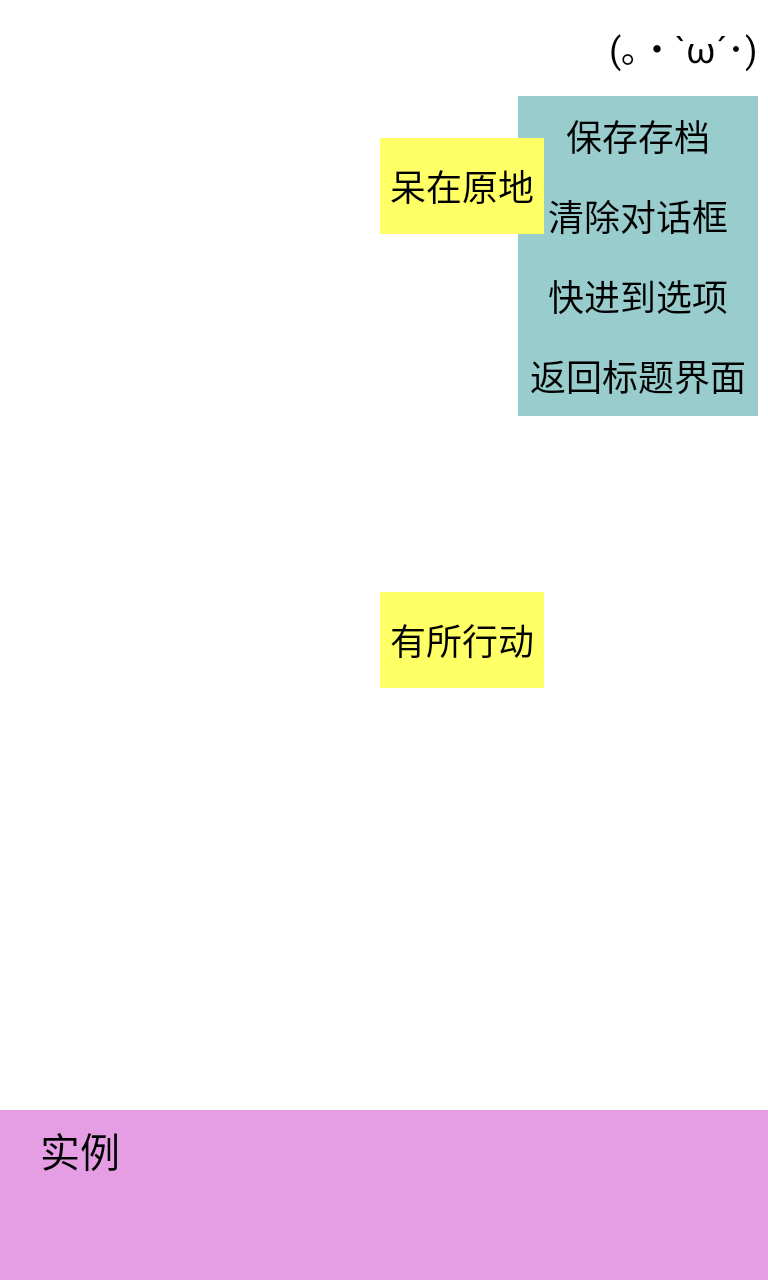
Repository: GuardLDW/HERO
Layout: GuardLDW/res/layout/game.xml
An editor plug-in stored every save of this project. The layout is shown before and after the next save, followed by the edit.
It is drawn on a 768 x 1280 px phone screen (xhdpi) without system bars, with theme AppTheme; the app's code is not run.

Above is the layout before, as saved 2016-12-07 11:18:08.

After the next save:
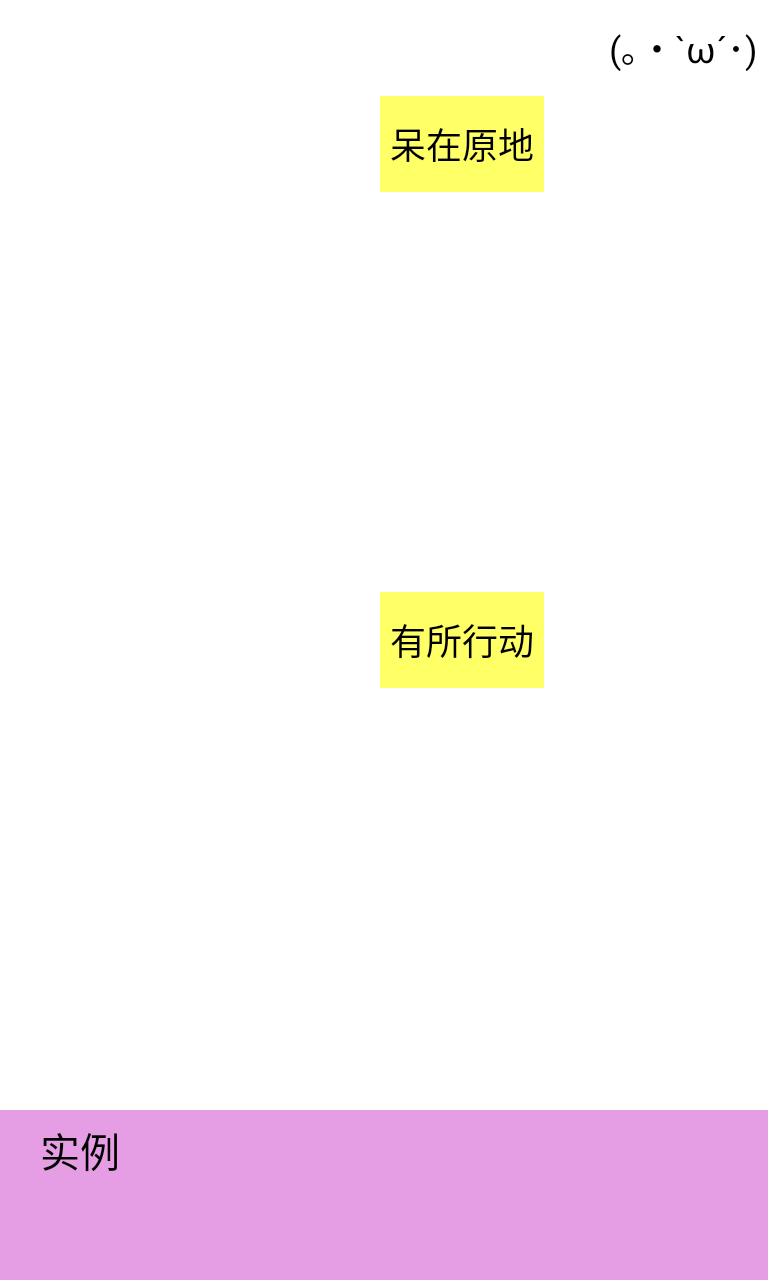
Saved 43 s later.
--- a/GuardLDW/res/layout/game.xml
+++ b/GuardLDW/res/layout/game.xml
@@ -43,6 +43,7 @@
         android:layout_alignRight="@+id/button_startgameset"
         android:layout_below="@+id/button_startgameset"
         android:background="#99CCCC"
+        android:visibility="gone"
         android:text="保存存档" />
 
     <Button
@@ -52,6 +53,7 @@
         android:layout_alignRight="@+id/button_startgameset"
         android:layout_below="@+id/button_save"
         android:background="#99CCCC"
+        android:visibility="gone"
         android:text="清除对话框" />
 
     <Button
@@ -64,6 +66,7 @@
         android:layout_marginRight="5dp"
         android:paddingLeft="5dp"
         android:paddingRight="5dp"
+        android:visibility="gone"
         android:text="快进到选项" />
 
     <Button
@@ -75,6 +78,7 @@
         android:layout_marginRight="5dp"
         android:background="#99CCCC"
         android:minWidth="110dp"
+        android:visibility="gone"
         android:text="返回标题界面" />
 
     <Button
@@ -93,9 +97,8 @@
         android:id="@+id/button_staychoice"
         android:layout_width="wrap_content"
         android:layout_height="wrap_content"
-        android:layout_alignBottom="@+id/button_remove"
         android:layout_alignLeft="@+id/button_dochoice"
-        android:layout_marginBottom="11dp"
+        android:layout_below="@+id/button_startgameset"
         android:background="#FFFF66"
         android:paddingLeft="5dp"
         android:paddingRight="5dp"
